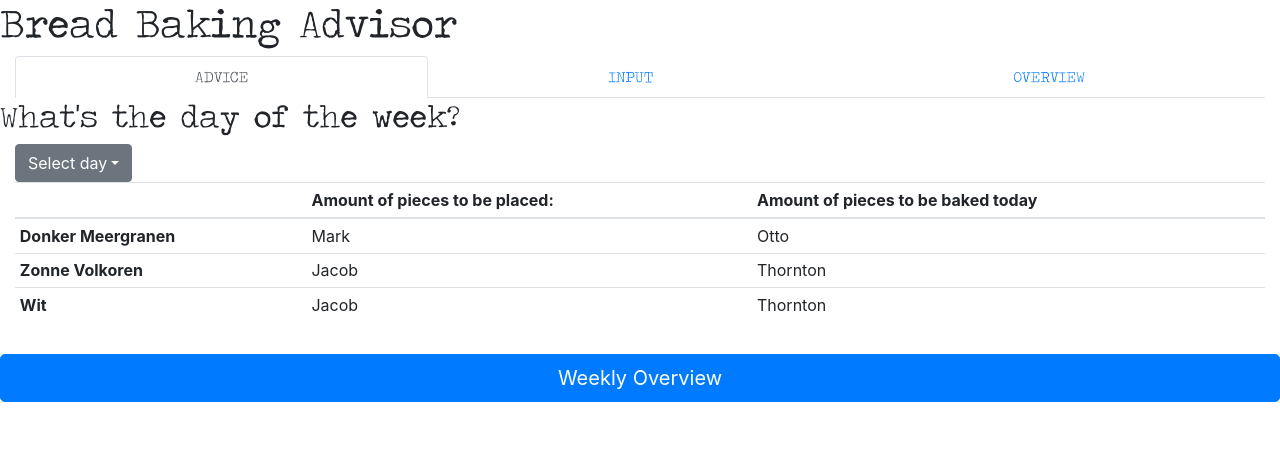
Repository: MarthGimenzo/bread-baking-advisor
Page: index.html
The author's editor kept a record of every edit. The page is drawn from the files as they stood at one moment, then again after the next edit.
The browser window is 1280 px wide. The pictures show the whole page.

Above is the page before.

After the next edit:
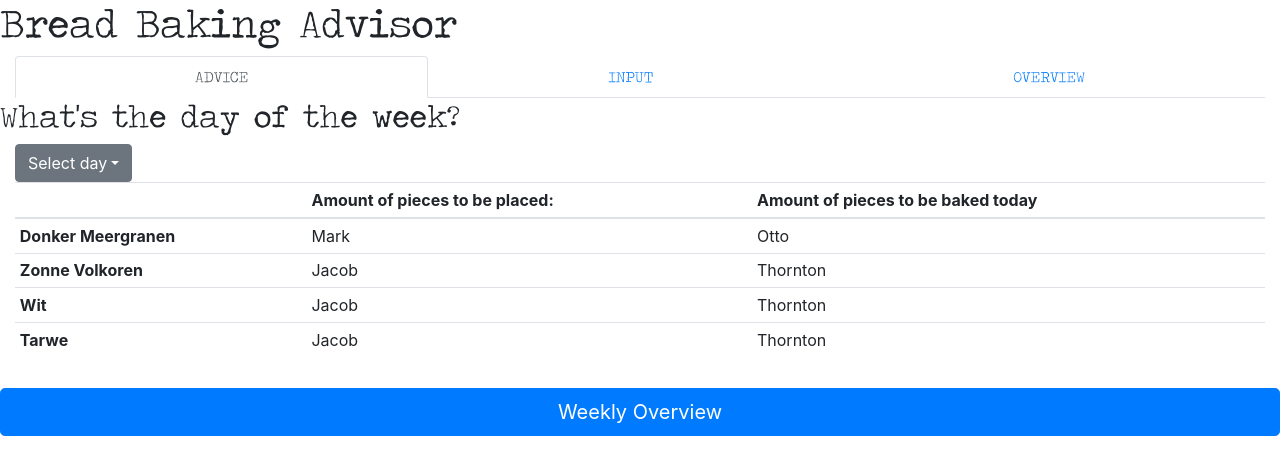
The edit:
--- a/index.html
+++ b/index.html
@@ -69,6 +69,11 @@
                     <td>Jacob</td>
                     <td>Thornton</td>
                 </tr>
+                <tr>
+                    <th scope="row">Tarwe</th>
+                    <td>Jacob</td>
+                    <td>Thornton</td>
+                </tr>
             </tbody>
         </table>
     </div>
